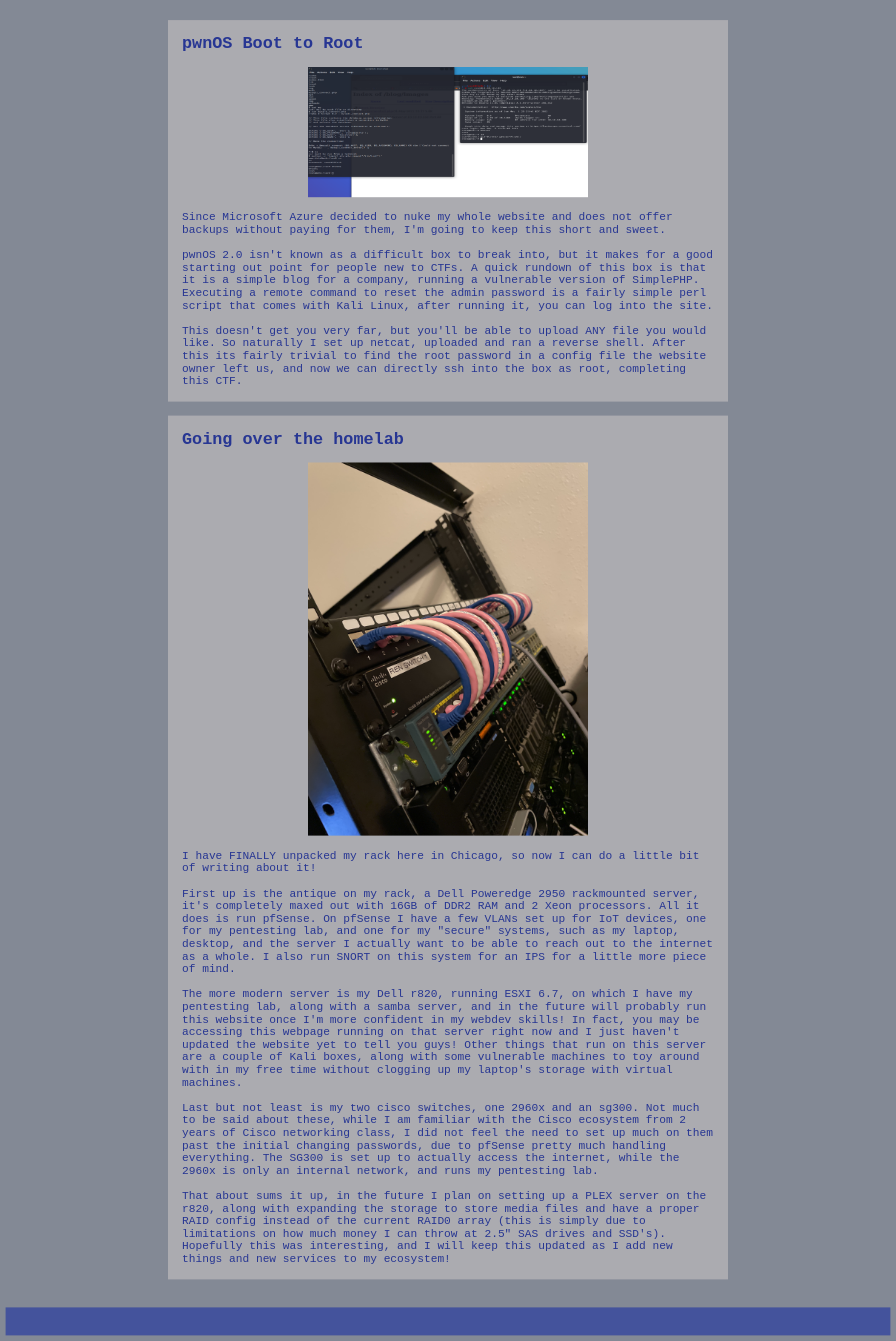
Repository: RennarDeer/RenDev
Page: index.html
An editor plug-in stored every save of this project. The page is shown before and after the next save, followed by the edit.
The browser window is 1280 px wide. The pictures show the part of the page from y = 654 to 2574 px (the page is 2570 px tall before and 2574 px after), at 70% of full size.

Above is the page before, as saved 2023-02-16 19:58:12.

After the next save:
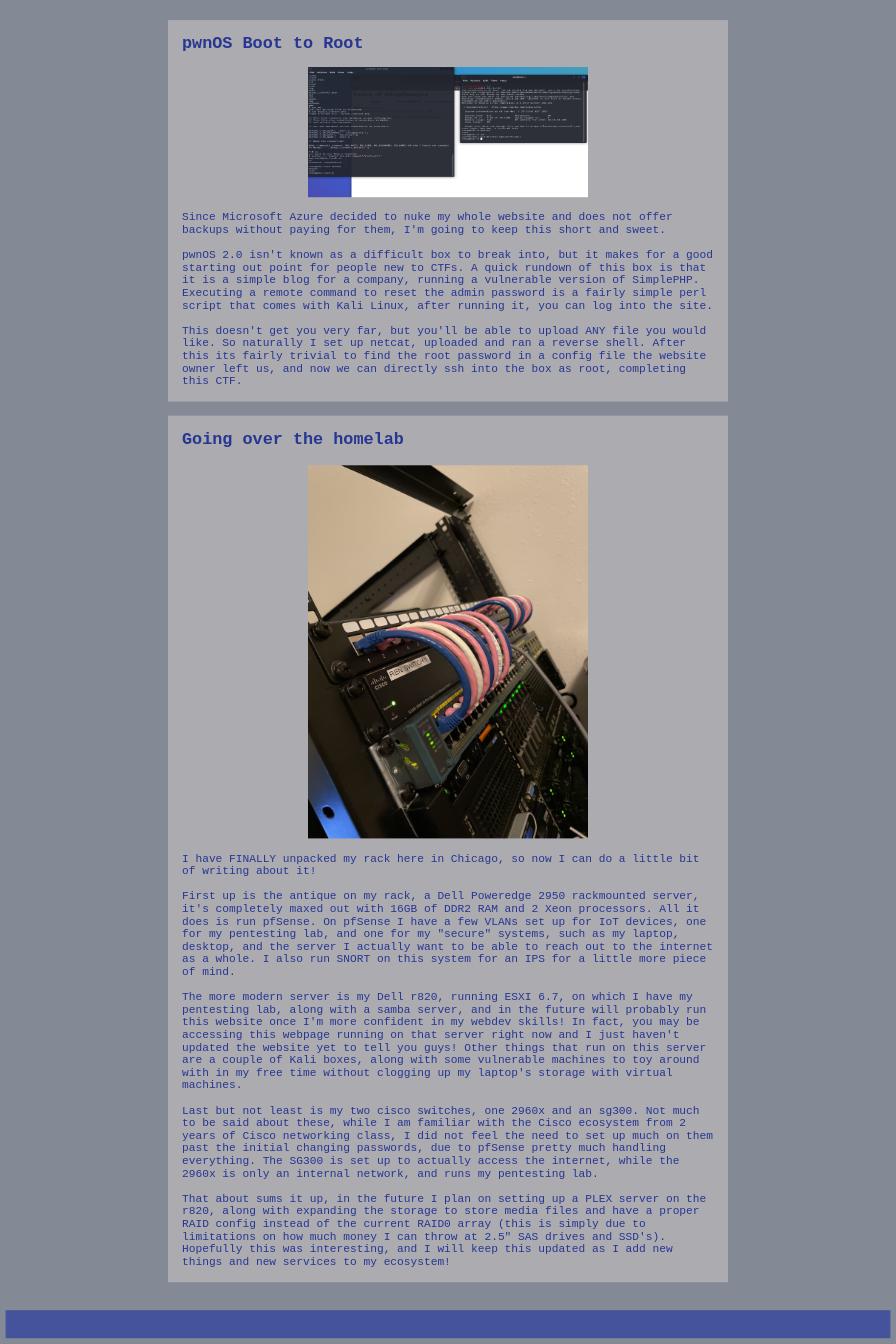
Saved 3 s later.
--- a/index.html
+++ b/index.html
@@ -47,7 +47,8 @@
         we can directly ssh into the box as root, completing this CTF.
       </article>
       <article>
-        <h2>Going over the homelab</h2>
+        <h3>Going over the homelab</h2>
+
                         <left><img src="rackpic.JPG" alt="RensRack"></left>
 
                         I have FINALLY unpacked my rack here in Chicago, so now I can do a little bit of writing about it!
